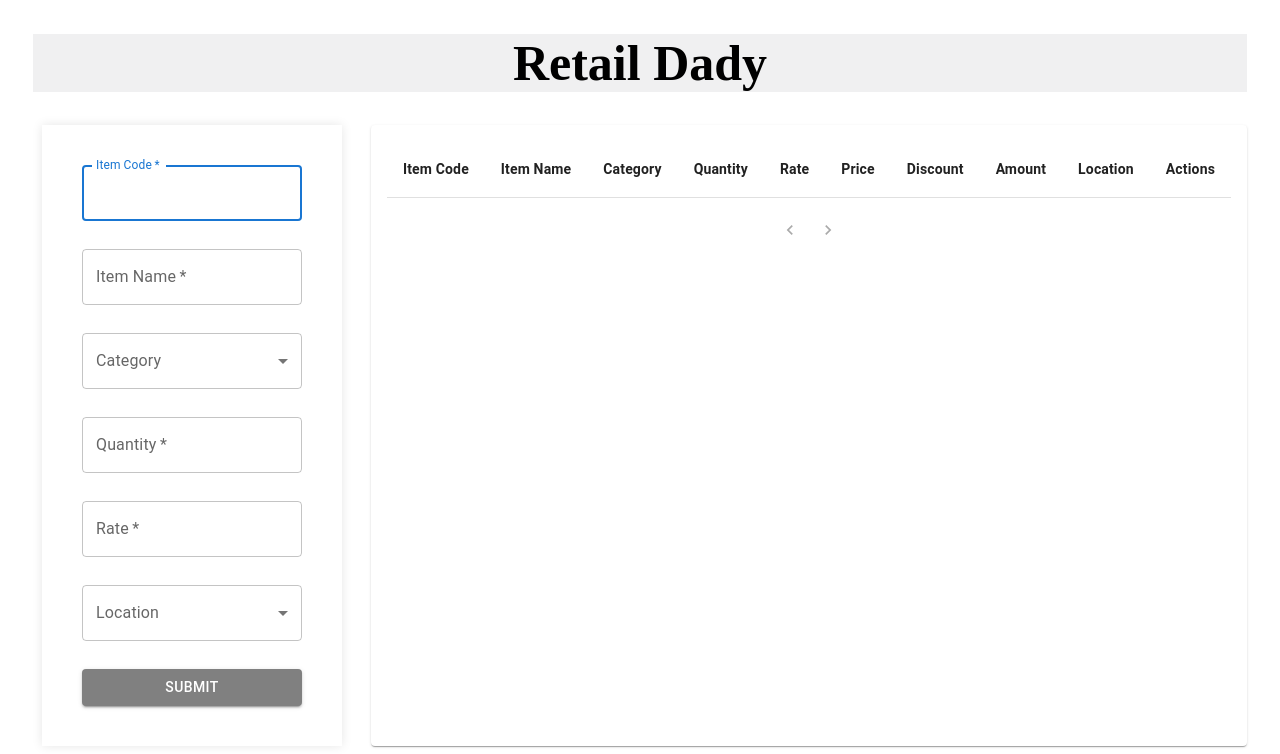
Repository: SharonSebastian32/retail-dady-frontend-app
Page: /
These files come from the project's save history. The page is drawn as it stood at one moment and after the next save; the edit follows.
The browser window is 1280 px wide. The pictures show the whole page.
The page's requests for data from a server got no answer. The project was rebuilt for these pictures with package versions that can differ from the ones it lists, and the page was loaded fresh each time. No one was signed in, and anything a server would have sent is missing. Also part of the build but not shown: vite.config.js, src/components/Childrens/FormDialogue.jsx, src/components/Childrens/ViewDetails.jsx, src/App.css.

Above is the page before, as saved 2024-12-07 21:27:36.

After the next save:
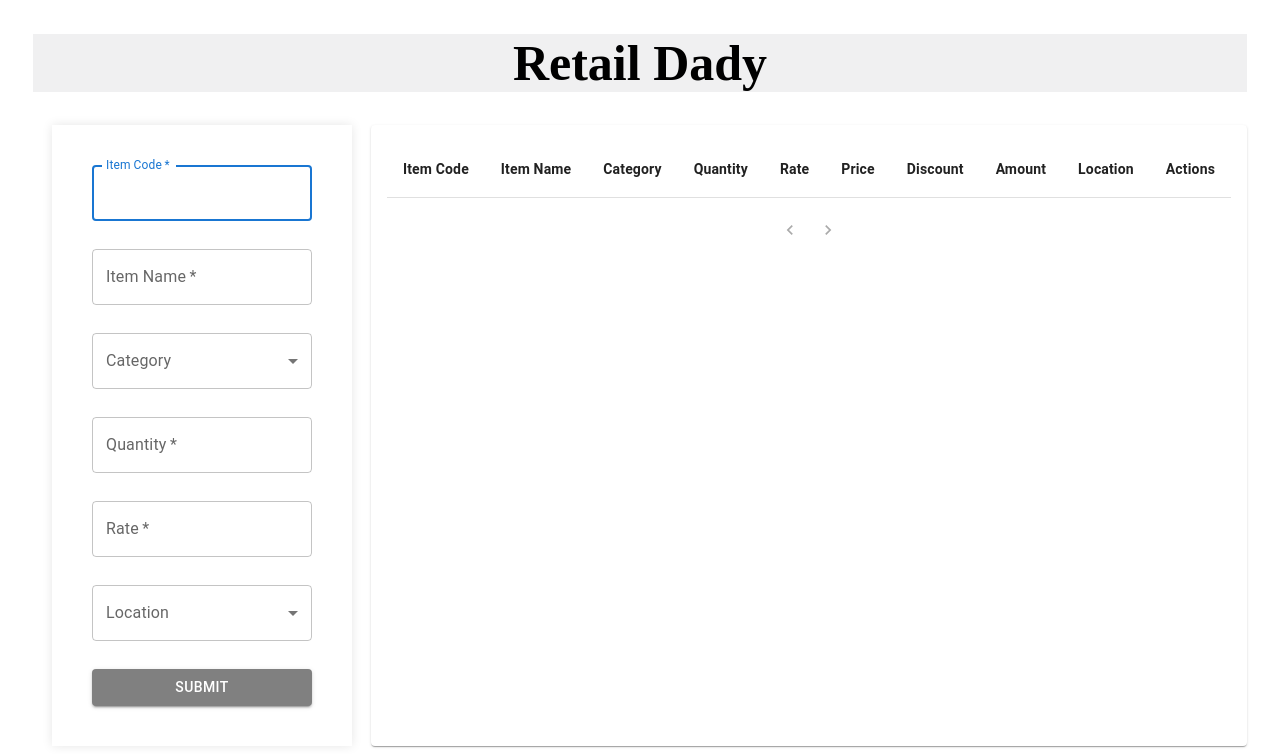
Saved 21 s later.
--- a/src/App.jsx
+++ b/src/App.jsx
@@ -23,7 +23,7 @@ function App() {
       >
         Retail Dady
       </h1>
-      <div style={{ display: "flex", flexDirection: "row", gap: "20px" }}>
+      <div style={{ display: "flex", flexDirection: "row" }}>
         <InvoiceForm onFormSubmit={triggerRefresh} />
         <Tables refresh={refresh} />
       </div>
